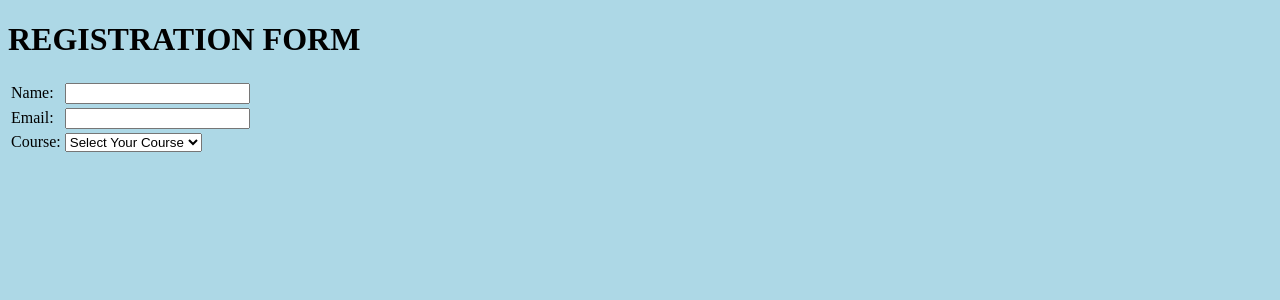
Repository: SurajPawar15-smart/JAVAProjects
Page: 14.FilterExample/WebContent/index.html
The author's editor kept a copy of each file at every save. The page is drawn from the files as they stood at one save, then again after a run of saves.
The browser window is 1280 px wide. The pictures show the whole page.

Above is the page before, as saved 2020-09-28 07:53:59.

### 14.FilterExample/WebContent/index.html
<!DOCTYPE html>
<html>
<head>
<meta charset="ISO-8859-1">
<title>Insert title here</title>
<style>
body{
background-color:lightblue;
}
table{
border:1;
}
</style>
</head>
<body>
<h1>REGISTRATION FORM</h1>
<form action="FirstServlet" method="Post">
<table>

<tr>
<td>Name:</td>
<td><input type="text" name="uname"></td>
</tr>

<tr>
<td>Email:</td>
<td><input type="email" name="uemail"></td>
</tr>

<tr>
<td>Course:</td>
<td><select name="course">
<option>Select Your Course</option>
<option>Java Beginning</option>
<option>Java Advance</option>
<option>Java EE</option>
<option>Java Framework</option>
</select>
</td>
</tr>

</table>
</form>
</body>
</html>

After the next 2 saves:
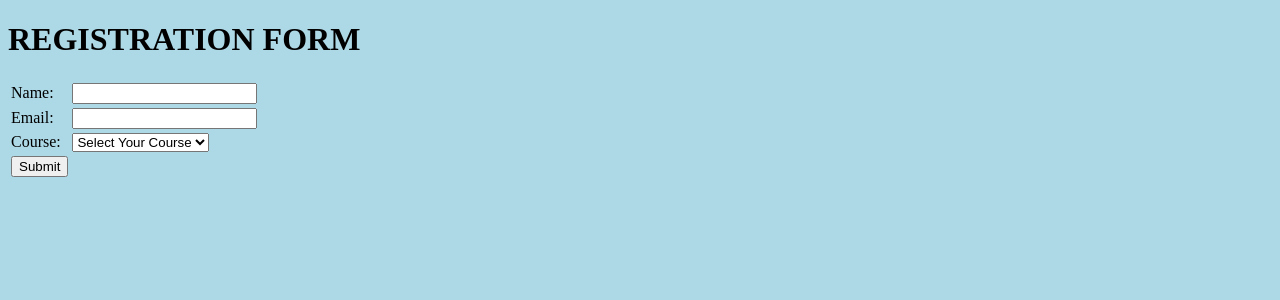
The 2 saves are shown as one change because they came seconds apart.
The last was saved 57 s later.
--- a/14.FilterExample/WebContent/index.html
+++ b/14.FilterExample/WebContent/index.html
@@ -39,6 +39,10 @@ border:1;
 </td>
 </tr>
 
+<tr>
+<td><input type="submit" value="Submit"></td>
+</tr>
+
 </table>
 </form>
 </body>
